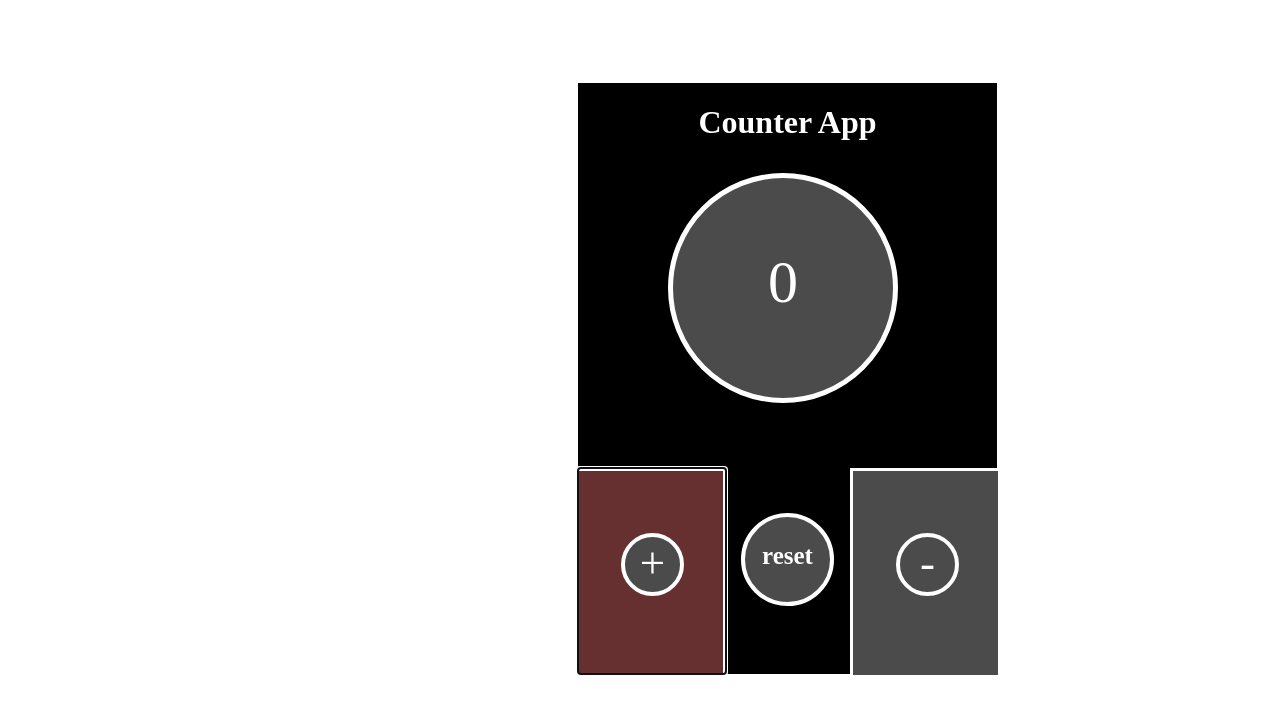
Repository: sara55m/Counter_App
Page: index.html
An editor plug-in stored every save of this project. The page is shown before and after the next save, followed by the edit.
The browser window is 1280 px wide. The pictures show the whole page.
The first visible `.increase` has the focus.

Above is the page before, as saved 2024-08-01 04:06:20.

### index.html
<!DOCTYPE html>
<html lang="en">
<head>
    <meta charset="UTF-8">
    <meta name="viewport" content="width=device-width, initial-scale=1.0">
    <title>Document</title>
    <link rel="stylesheet" href="css/style.css">
</head>
<body>
    <div class="container">
        <h1>Counter App</h1>
        <div class="main" id="main"><p class="one" id="one"></p></div>
        <div class="increase" id="increase" onclick="increase()"><div class="increase2">+</div></div>
        <div class="decrease" id="decrease" onclick="decrease()"><div class="decrease2">-</div></div>
        <div class="reset" onclick="reset_1()"><p class="third">reset</p></div>
    </div>
    <script src="js/script.js"></script>
</body>
</html>

### css/style.css
.container{
    position: absolute;
    top:80px;
    left:575px;
    height:591px;
    width:419px;
    background-color: black;
    border:3px solid white;
}
h1{
    text-align: center;
    color:white;
    margin-bottom: 10px;
}
p.one{
    text-align: center;
    font-size: 60px;

}

.main{
    position:absolute;
    top:90px;
    left:90px;
    height:200px;
    width:200px;
    border:5px solid white;
    background-color:#4b4b4b;
    font-size: 50px;
    padding:10px;
    color:white;
    border-radius:50%;

}

.increase{
    position:absolute;
    top:385px;
    left:0px;
    height:203px;
    width:145px;
    background-color:#4b4b4b;
    border-top:3px solid white;
    border-right: 3px solid white;
}
.increase:focus{
    background-color:#673030;

}

.increase .increase2{
    position:absolute;
    top:62px;
    left:43px;
    height:55px;
    width:55px;
    border-radius: 50%;
    border:4px solid white;
    background-color:#4b4b4b;
    text-align: center;
    font-size: 45px;
    color:white;
}

.decrease{
    position:absolute;
    top:385px;
    left:272px;
    background-color:#4b4b4b;
    height:204px;
    width:145px;
    border-top:3px solid white;
    border-left: 3px solid white;

}
.decrease .decrease2{
    position:absolute;
    top:62px;
    left:43px;
    height:55px;
    width:55px;
    border-radius: 50%;
    border:4px solid white;
    background-color:#4b4b4b;
    text-align: center;
    font-size: 45px;
    color:white;
}

.reset{
    position:absolute;
    top:430px;
    left:163px;
    height:85px;
    width:85px;
    border-radius: 50%;
    background-color:#4b4b4b;
    font-weight: bolder;
    border:4px solid white;

}

p.third{
    font-size: 25px;
    text-align: center;
    color:white;
}

### js/script.js
let count=0;
document.getElementById("one").innerHTML=count;
function increase(){
    count+=1;
    document.getElementById("one").innerHTML=count;
}

function reset_1(){
    count=0;
    document.getElementById("one").innerHTML=count;
}

count=0;
document.getElementById("one").innerHTML=count;
function decrease(){
    count-=1;
    document.getElementById("one").innerHTML=count;

}

After the next save:
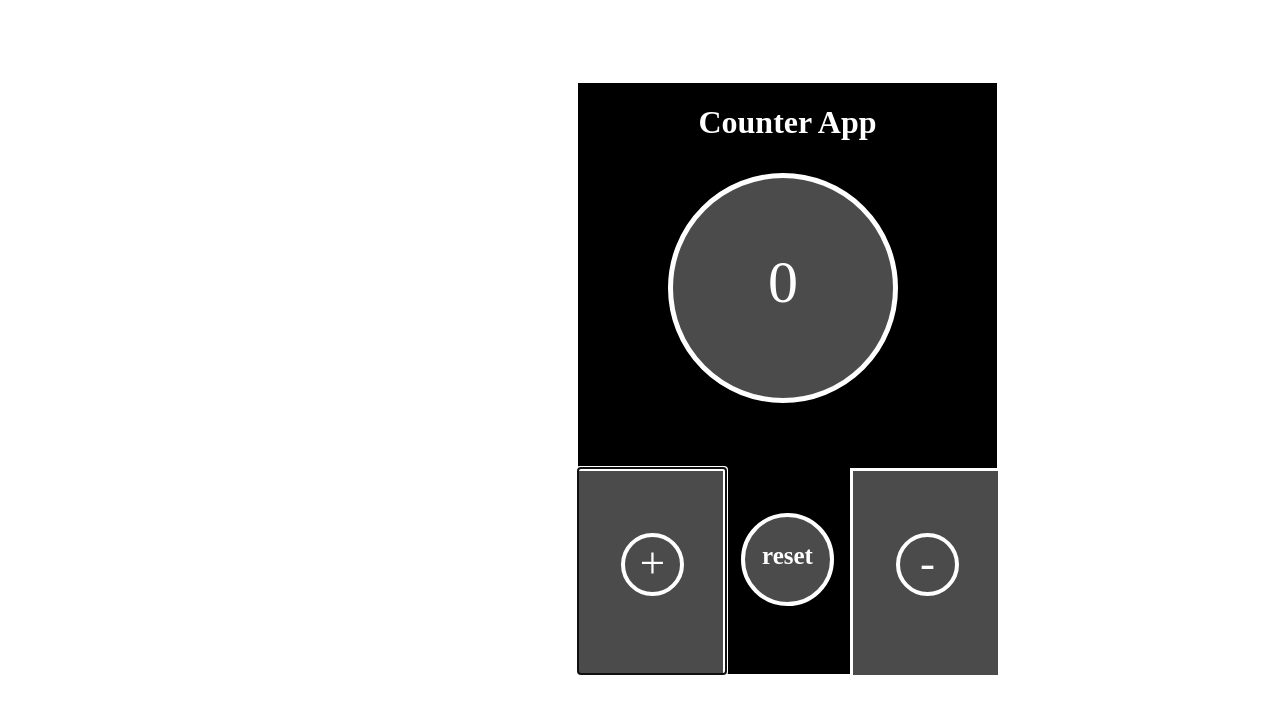
Saved 67 s later.
--- a/css/style.css
+++ b/css/style.css
@@ -43,7 +43,7 @@ p.one{
     border-top:3px solid white;
     border-right: 3px solid white;
 }
-.increase:focus{
+.increase:hover{
     background-color:#673030;
 
 }
